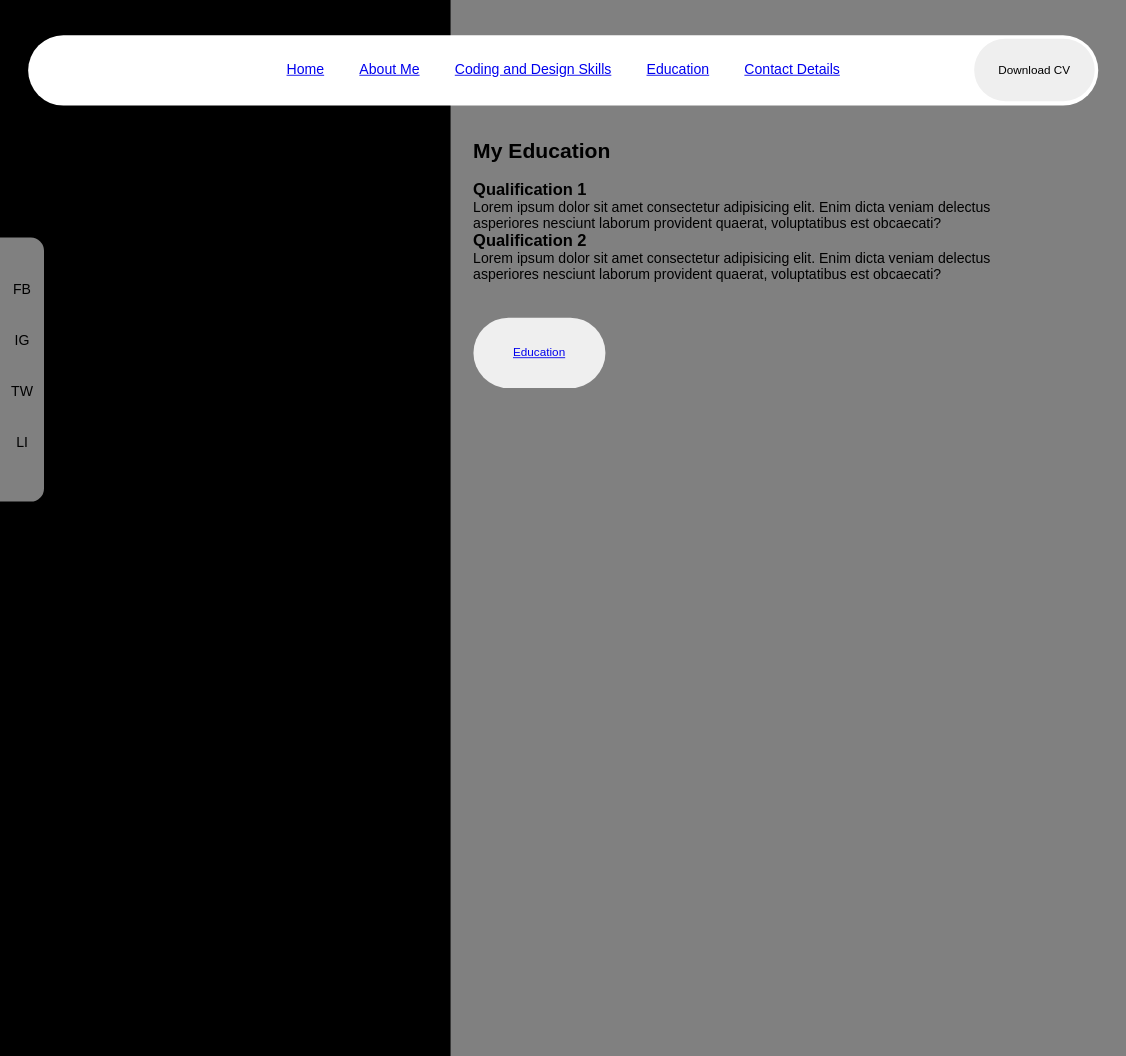
Repository: WesleyErasmus/MyDigitalResume-4
Page: education.html
These files come from the project's save history. The page is drawn as it stood at one moment and after the next save; the edit follows.
The browser window is 1280 px wide. The pictures show the whole page, at 88% of full size.

Above is the page before, as saved 2022-02-19 21:58:31.

After the next save:
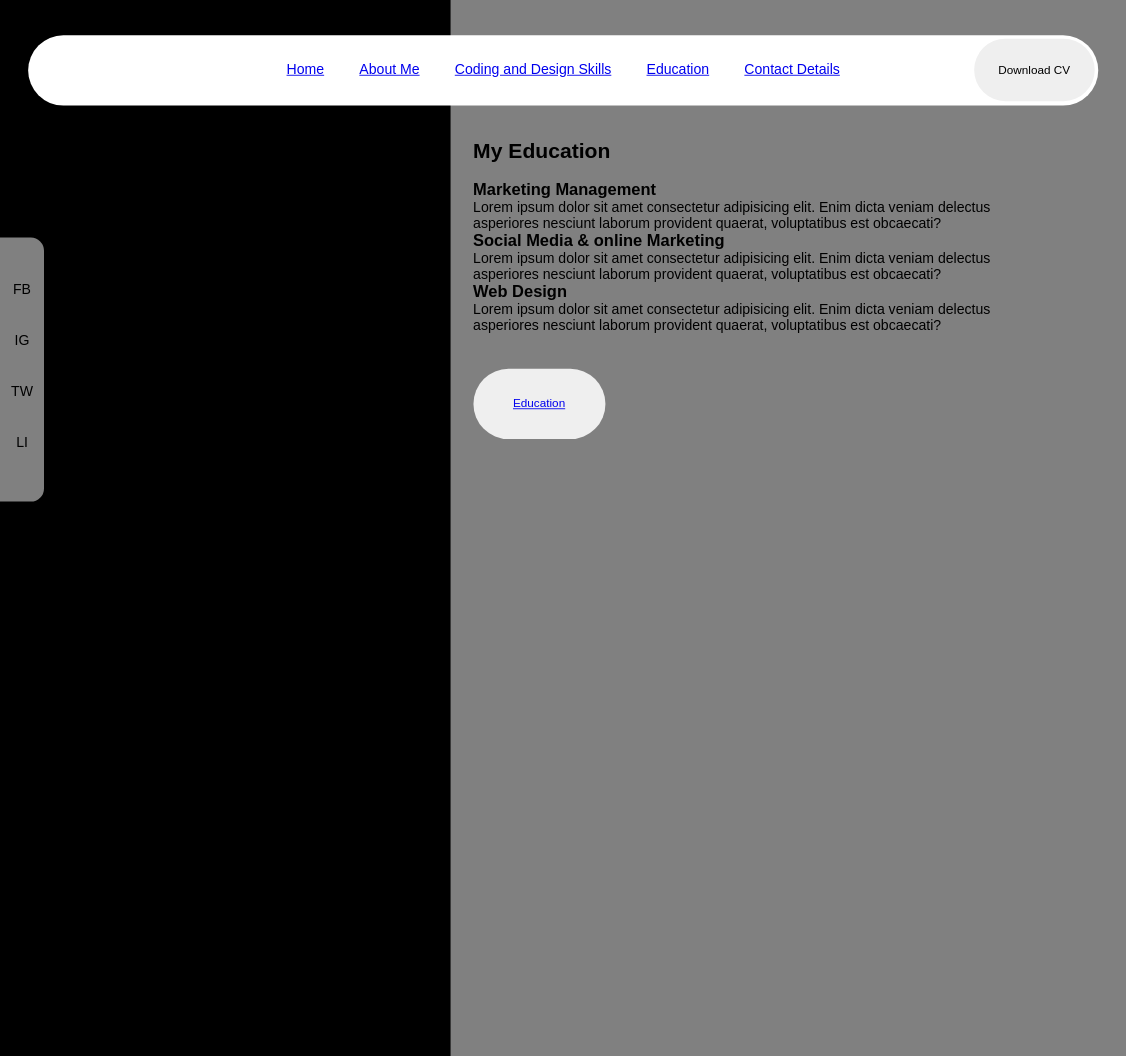
Saved 101 s later.
--- a/education.html
+++ b/education.html
@@ -40,10 +40,12 @@
          <article>
              <h1 ID="title">My Education</h1>
             <div class="coding-skills">
-                <h3>Qualification 1</h3>
+                <h3>Marketing Management</h3>
                     <p>Lorem ipsum dolor sit amet consectetur adipisicing elit. Enim dicta veniam delectus asperiores nesciunt laborum provident quaerat, voluptatibus est obcaecati?</p>
-                <h3>Qualification 2</h3>
-                <p>Lorem ipsum dolor sit amet consectetur adipisicing elit. Enim dicta veniam delectus asperiores nesciunt laborum provident quaerat, voluptatibus est obcaecati?</p>
+                <h3>Social Media & online Marketing</h3>
+                    <p>Lorem ipsum dolor sit amet consectetur adipisicing elit. Enim dicta veniam delectus asperiores nesciunt laborum provident quaerat, voluptatibus est obcaecati?</p>
+                <h3>Web Design</h3>
+                    <p>Lorem ipsum dolor sit amet consectetur adipisicing elit. Enim dicta veniam delectus asperiores nesciunt laborum provident quaerat, voluptatibus est obcaecati?</p>
             </div>
             <button class="next-page">
                 <a href="/codingSkills.html" target="">Education</a>
